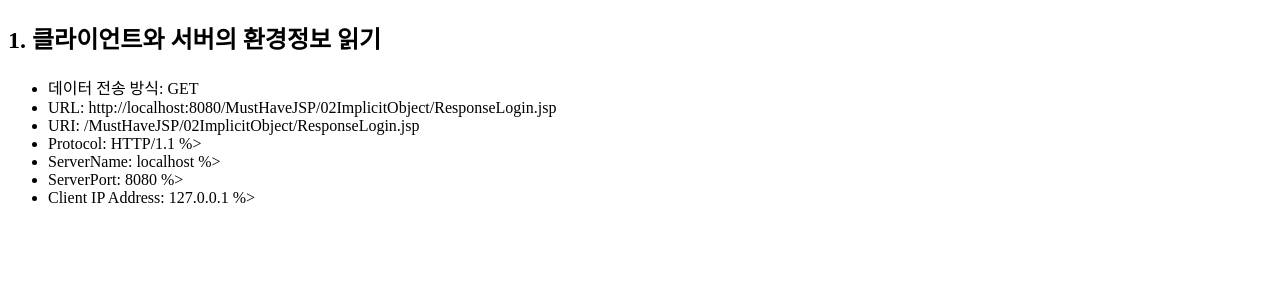
Repository: Jadedvst/JSP-Servlet
Page: http://localhost/MustHaveJSP/02ImplicitObject/ResponseLogin.jsp
These files come from the project's save history. The page is drawn as it stood at one moment and after the next save; the edit follows.
The browser window is 1280 px wide. The pictures show the whole page.
The page is served by Tomcat 9.

Above is the page before, as saved 2023-12-11 02:44:04.

### MustHaveJSP/src/main/webapp/02ImplicitObject/ResponseLogin.jsp
<%@ page language="java" contentType="text/html; charset=UTF-8"
    pageEncoding="UTF-8"%>
<!DOCTYPE html>
<html>
<head>
<meta charset="UTF-8">
<title>내장 객체 - request</title>
</head>
<body>
<h2>1. 클라이언트와 서버의 환경정보 읽기</h2>
<ul>
	<li>데이터 전송 방식: <%= request.getMethod()%></li>
	<li>URL: <%= request.getRequestURL()%></li>
	<li>URI: <%= request.getRequestURI()%></li>
	<li>Protocol: <%= request.getProtocol()%> %></li>
	<li>ServerName: <%= request.getServerName()%> %></li>
	<li>ServerPort: <%= request.getServerPort()%> %></li>
	<li>Client IP Address: <%= request.getRemoteAddr()%> %></li>
</ul>
</body>
</html>

After the next save:
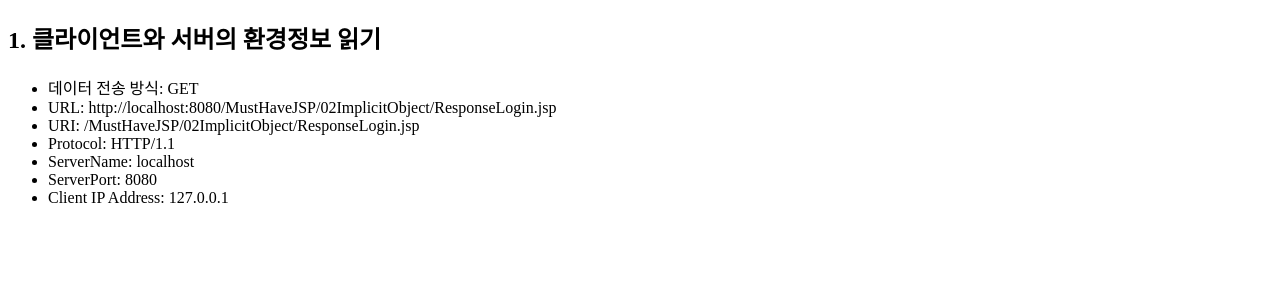
Saved 19 s later.
--- a/MustHaveJSP/src/main/webapp/02ImplicitObject/ResponseLogin.jsp
+++ b/MustHaveJSP/src/main/webapp/02ImplicitObject/ResponseLogin.jsp
@@ -12,10 +12,10 @@
 	<li>데이터 전송 방식: <%= request.getMethod()%></li>
 	<li>URL: <%= request.getRequestURL()%></li>
 	<li>URI: <%= request.getRequestURI()%></li>
-	<li>Protocol: <%= request.getProtocol()%> %></li>
-	<li>ServerName: <%= request.getServerName()%> %></li>
-	<li>ServerPort: <%= request.getServerPort()%> %></li>
-	<li>Client IP Address: <%= request.getRemoteAddr()%> %></li>
+	<li>Protocol: <%= request.getProtocol()%> </li>
+	<li>ServerName: <%= request.getServerName()%> </li>
+	<li>ServerPort: <%= request.getServerPort()%> </li>
+	<li>Client IP Address: <%= request.getRemoteAddr()%> </li>
 </ul>
 </body>
 </html>
